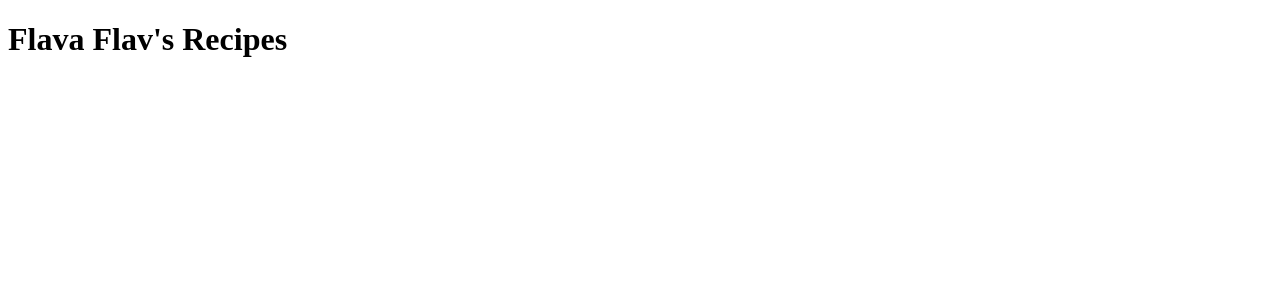
Repository: Spencertainty/practice-time
Page: member-spencer-odin-recipes/index.html
These files come from the project's save history. The page is drawn as it stood at one moment and after the next save; the edit follows.
The browser window is 1280 px wide. The pictures show the whole page.

Above is the page before, as saved 2023-11-02 15:32:50.

### member-spencer-odin-recipes/index.html
<!DOCTYPE html>
<html lang="en">
<head>
    <meta charset="UTF-8">
    <meta name="viewport" content="width=device-width, initial-scale=1.0">
    <title>index</title>
</head>
<body>
    <h1>Flava Flav's Recipes</h1>
</body>
</html>

After the next save:
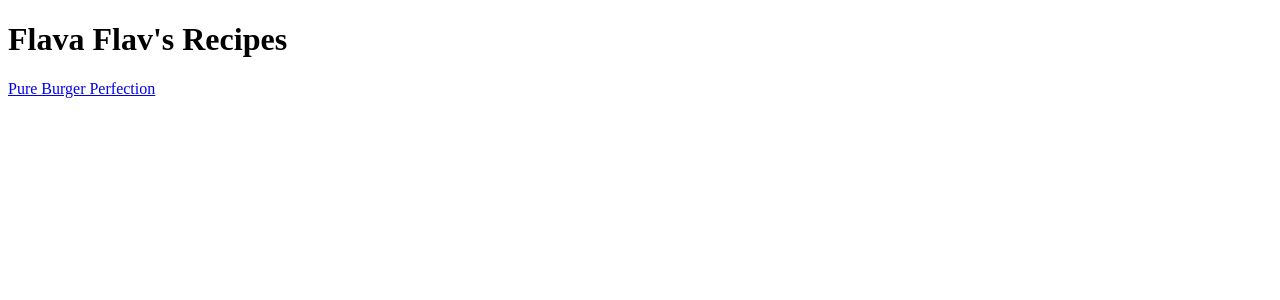
Saved 43 min 29 s later.
--- a/member-spencer-odin-recipes/index.html
+++ b/member-spencer-odin-recipes/index.html
@@ -7,5 +7,6 @@
 </head>
 <body>
     <h1>Flava Flav's Recipes</h1>
+    <a href="recipes/hamburgers.html">Pure Burger Perfection</a>
 </body>
 </html>
